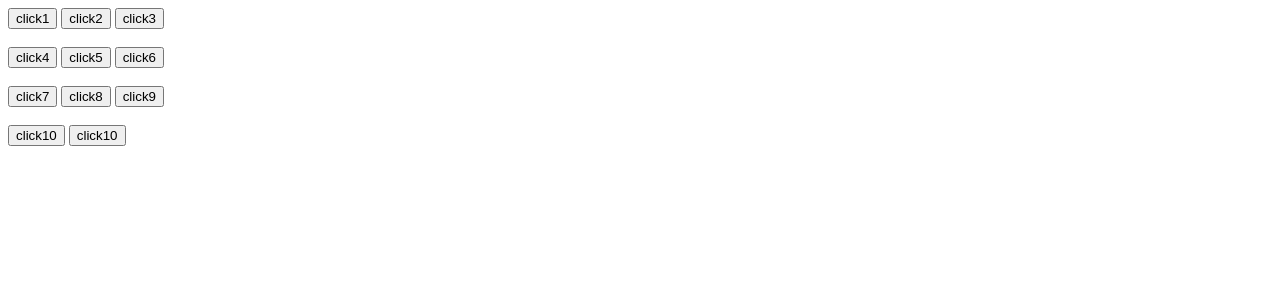
Repository: mirror-neuron/JsonStudy
Page: JsonApp01/WebContent/JsonTest10.html
An editor plug-in stored every save of this project. The page is shown before and after the next save, followed by the edit.
The browser window is 1280 px wide. The pictures show the whole page.

Above is the page before, as saved 2019-05-31 07:01:46.

After the next save:
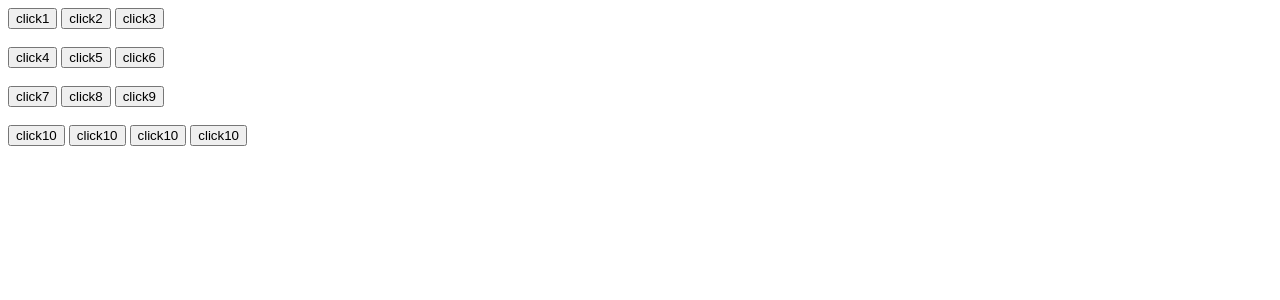
Saved 8 s later.
--- a/JsonApp01/WebContent/JsonTest10.html
+++ b/JsonApp01/WebContent/JsonTest10.html
@@ -52,4 +52,10 @@
 	<!-- test1 -->
 	<input type="button" value="click10" onclick="alert(obj6_1[1])" />
 	<!-- test2 -->
+	<input type="button" value="click10" onclick="alert(obj6_1[0])" />
+	<!-- test1 -->
+	<input type="button" value="click10" onclick="alert(obj6_1[1])" />
+	<!-- test2 -->
+
+
 </form>
